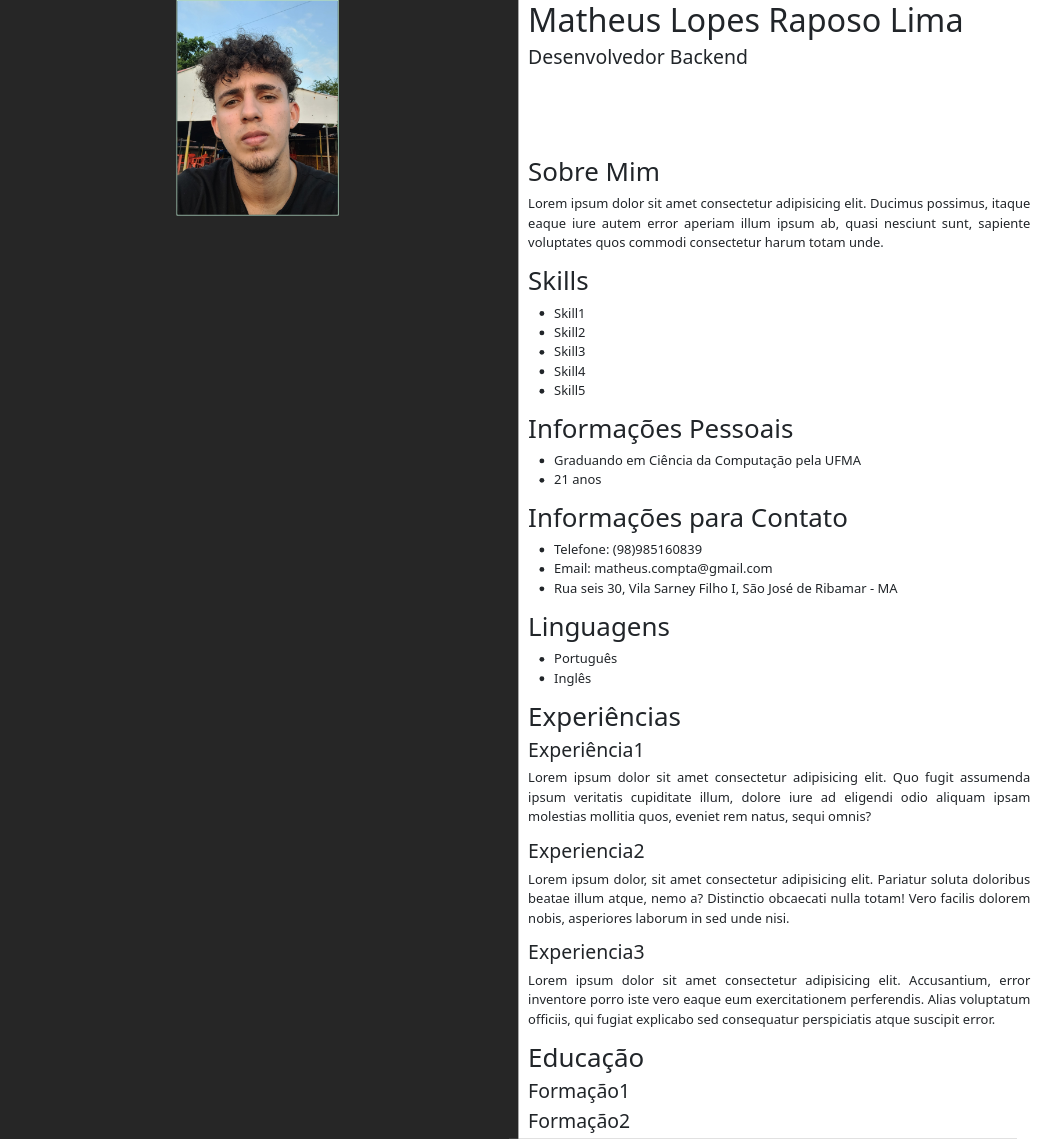
Repository: MaatheusRaposo/Curriculo_Web
Page: index.html
These files come from the project's save history. The page is drawn as it stood at one moment and after the next save; the edit follows.
The browser window is 1280 px wide. The page is 1284 px wide, so the pictures cover 1284 px, including what lies to the right of the window. The pictures show the whole page, at 81% of full size.

Above is the page before, as saved 2026-05-28 00:37:05.

After the next save:
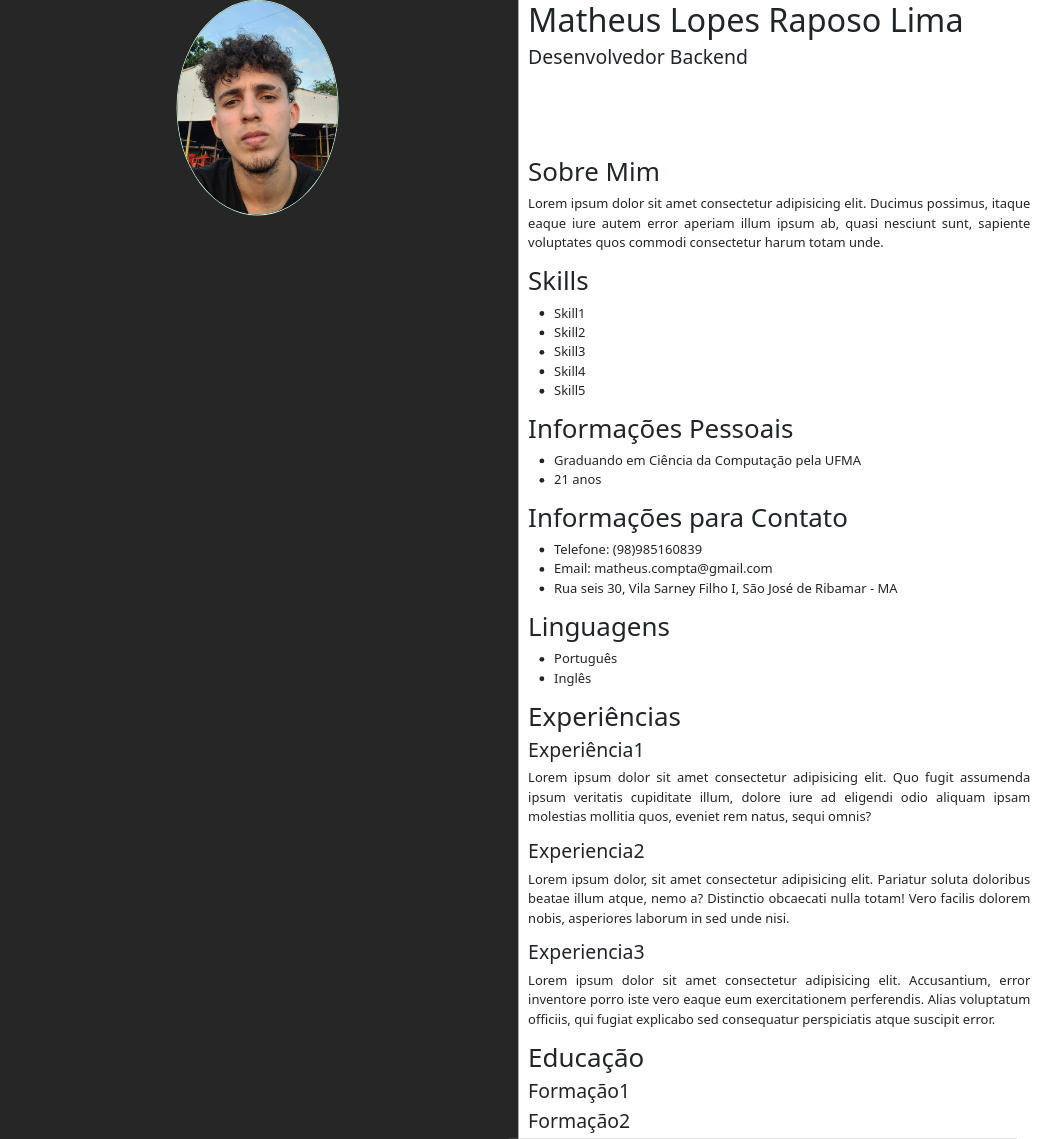
Saved 30 s later.
--- a/assets/css/style.css
+++ b/assets/css/style.css
@@ -1,6 +1,7 @@
 .foto-perfil {
     max-width: 200px;
     border: 1px solid #CEFFE4;
+    border-radius: 100%;
 }
 
 #coluna-esquerda {
